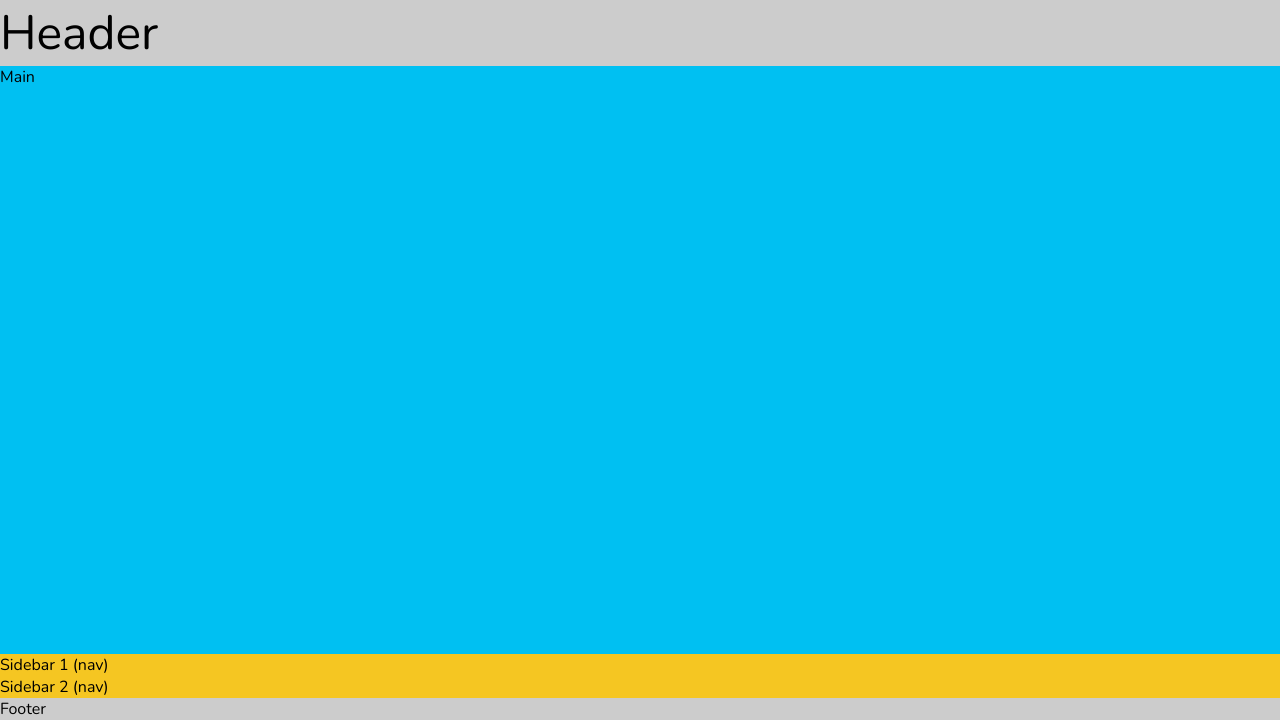
Repository: mariocapitbrok/css-combining-grid-and-flexbox-0105
Page: index.html
These files come from the project's save history. The page is drawn as it stood at one moment and after the next save; the edit follows.
The browser window is 1280 px wide. The pictures show the whole page.

Above is the page before, as saved 2022-10-06 14:52:13.

### index.html
<!DOCTYPE html>
<html lang="en">
<head>
    <meta charset="UTF-8">
    <meta name="viewport" content="width=device-width, initial-scale=1.0">
    <title>Basic responsive layout</title>
    <link rel="stylesheet" href="styles/base.css" type="text/css">
</head>
<body>
    <header>Header</header>
    <main>
        <article class="main">Main</article>
        <aside class="sidebar1">Sidebar 1 (nav)</aside>
        <aside class="sidebar2">Sidebar 2 (nav)</aside>
    </main>
    <footer>Footer</footer>
</body>
</html>

### styles/base.css
@import url('https://fonts.googleapis.com/css2?family=Nunito:ital,wght@0,300;0,400;0,700;0,900;1,600&display=swap');

* {
    margin: 0;
    padding: 0;
    font-family: 'Nunito', sans-serif;
    box-sizing: border-box;
}

body {
    display: flex;
    flex-direction: column;
    min-height: 100vh;
}

header {
    background-color: #CCC;
    font-size: 3em;
}

footer {
    background-color: #CCC;
}

main {
    display: flex;
    flex-direction: column;
    flex-grow: 1;
}

article.main {
    background-color: #00C0F2;
    flex: 1;
}

aside {
    background-color: #F5C622;
}

After the next save:
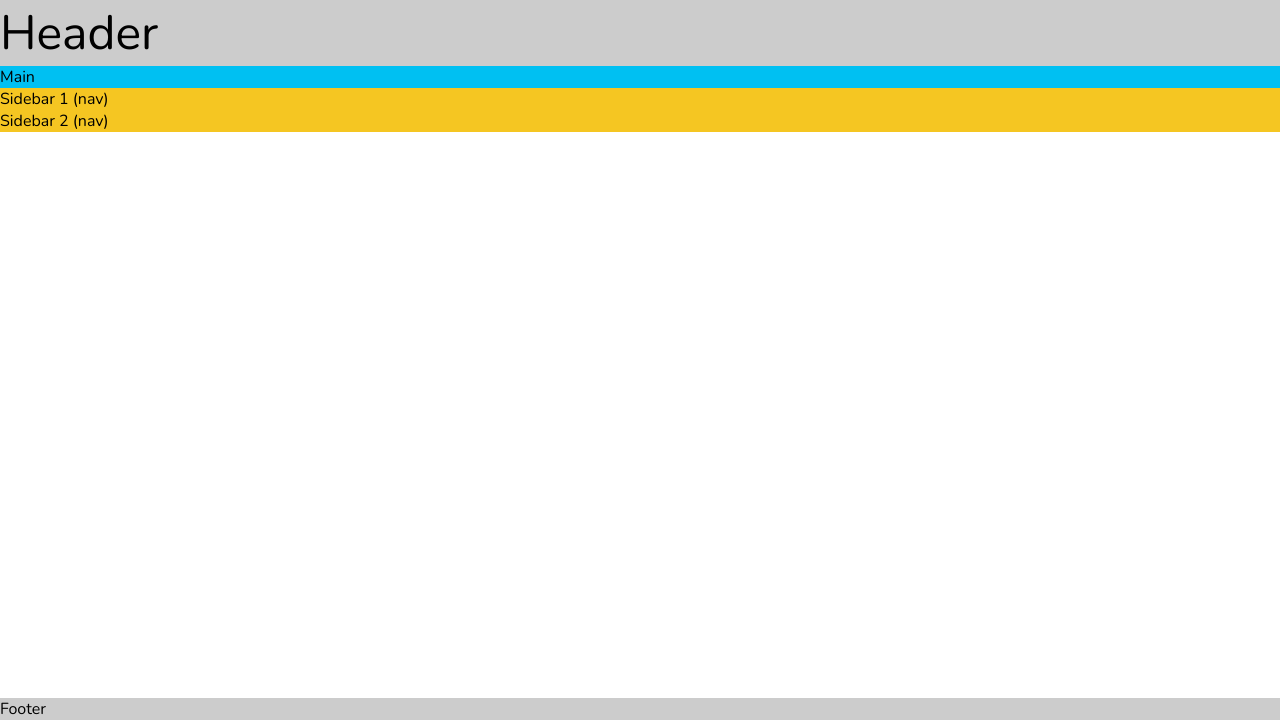
Saved 18 s later.
--- a/styles/base.css
+++ b/styles/base.css
@@ -30,7 +30,7 @@
 
 article.main {
     background-color: #00C0F2;
-    flex: 1;
+
 }
 
 aside {

After the 2 saves that followed:
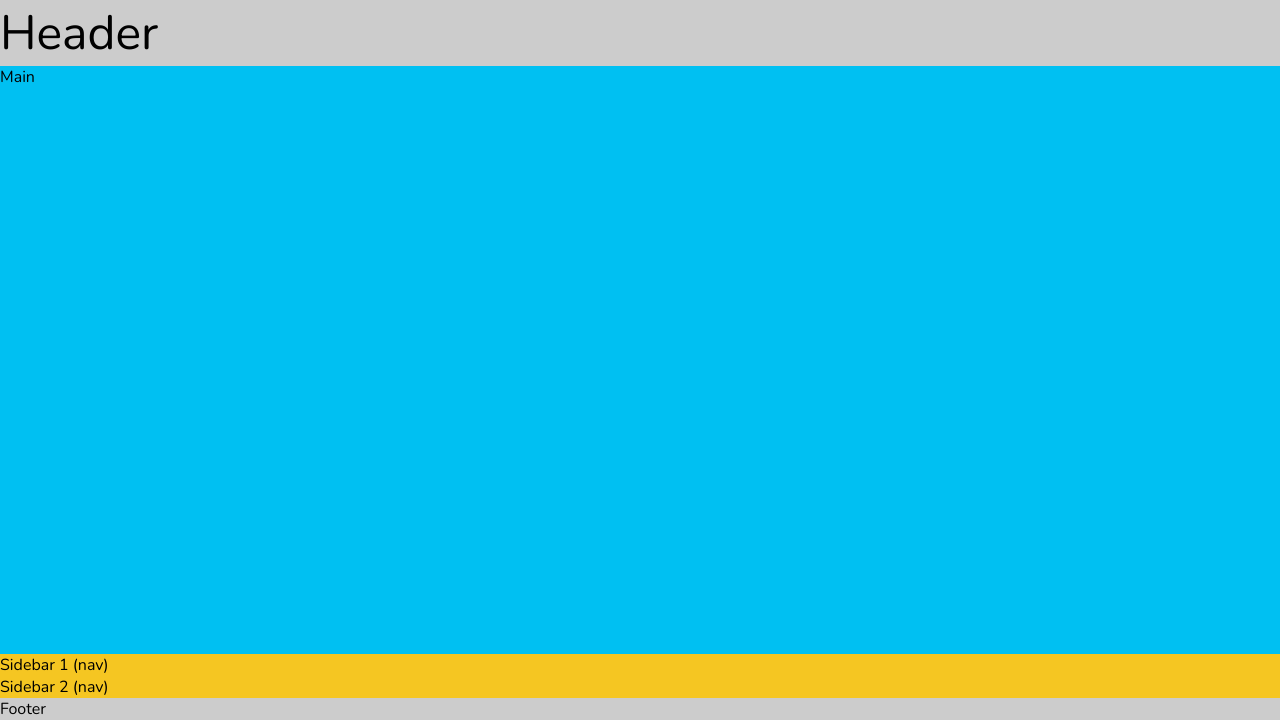
The 2 saves are shown as one change because 1 left the picture as it was.
The last was saved 18 s later.
--- a/styles/base.css
+++ b/styles/base.css
@@ -30,7 +30,7 @@
 
 article.main {
     background-color: #00C0F2;
-
+    flex-grow: 1;
 }
 
 aside {
